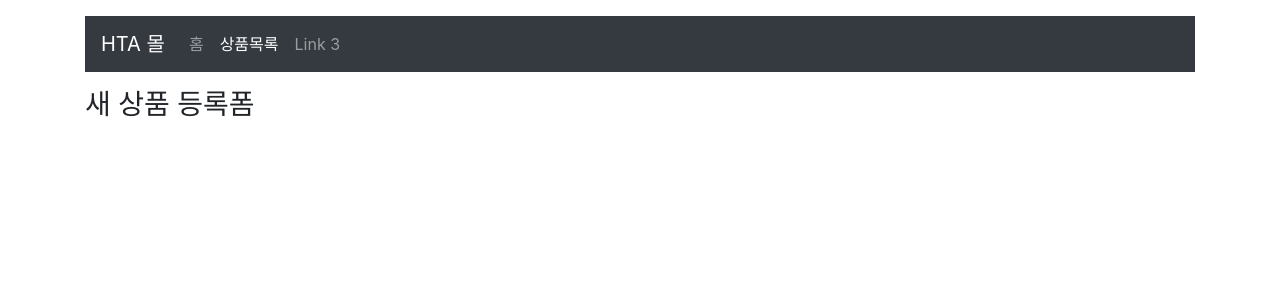
Repository: onuo77/HTA
Page: http://localhost/sample-mybatis/product/form.jsp
These files come from the project's save history. The page is drawn as it stood at one moment and after the next save; the edit follows.
The browser window is 1280 px wide. The pictures show the whole page.
The page is served by Tomcat 9.

Above is the page before, as saved 2021-05-26 05:22:16.

After the next save:
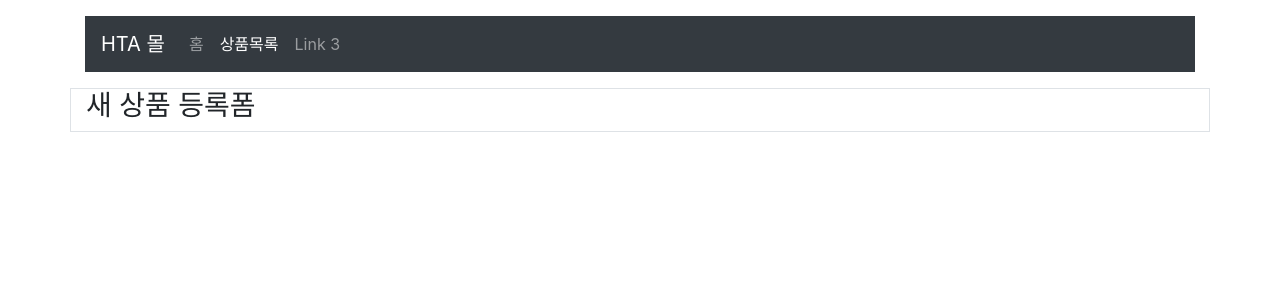
Saved 23 s later.
--- a/java-web/sample-mybatis/src/main/webapp/product/form.jsp
+++ b/java-web/sample-mybatis/src/main/webapp/product/form.jsp
@@ -20,7 +20,7 @@
 	</header>
 	<main>
 		<div class="row">
-			<div class="col-12">
+			<div class="col-12 border">
 				<h3>새 상품 등록폼</h3>
 			</div>
 		</div>
